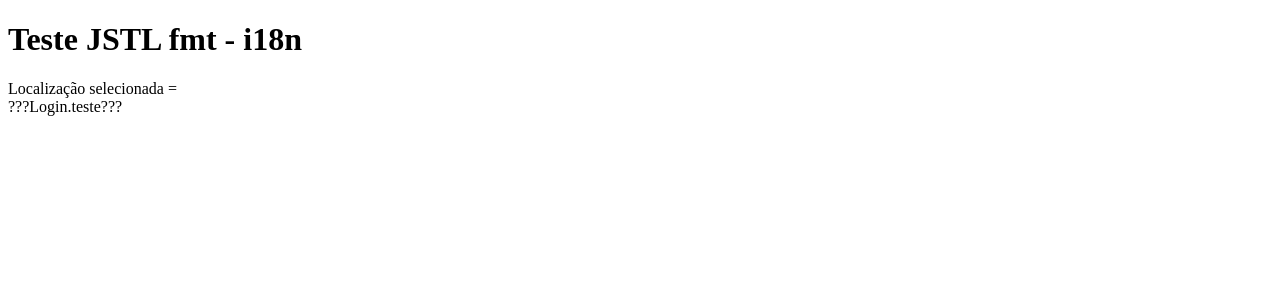
Repository: GabrielGGhost/EstudoJavaAW1-AW2
Page: http://localhost/estudos10/jsp/exemploI18N.jsp
These files come from the project's save history. The page is drawn as it stood at one moment and after the next save; the edit follows.
The browser window is 1280 px wide. The pictures show the whole page.
The page is served by Tomcat 9.

Above is the page before, as saved 2020-10-23 17:11:24.

### estudos10/WebContent/jsp/exemploI18N.jsp
<%@ page language="java" contentType="text/html; charset=ISO-8859-1"
    pageEncoding="ISO-8859-1"%>

<%@ taglib uri="http://java.sun.com/jsp/jstl/fmt" prefix="fmt" %>
<!DOCTYPE html PUBLIC "-//W3C//DTD HTML 4.01 Transitional//EN" "http://www.w3.org/TR/html4/loose.dtd">
<html>
<head>
<meta http-equiv="Content-Type" content="text/html; charset=ISO-8859-1">
<title>Teste de i18n com JSTL</title>
</head>
<body>
	<h1>Teste JSTL fmt - i18n</h1>
	Localização selecionada = ${param.language} <br/>
	<fmt:setLocale value="{param.language}"/>
		<fmt:bundle basename="com.estudo.bundles.${param.language}" prefix="Login.">
			<fmt:message key="teste"> </fmt:message>
		</fmt:bundle>
</body>
</html>

After the next save:
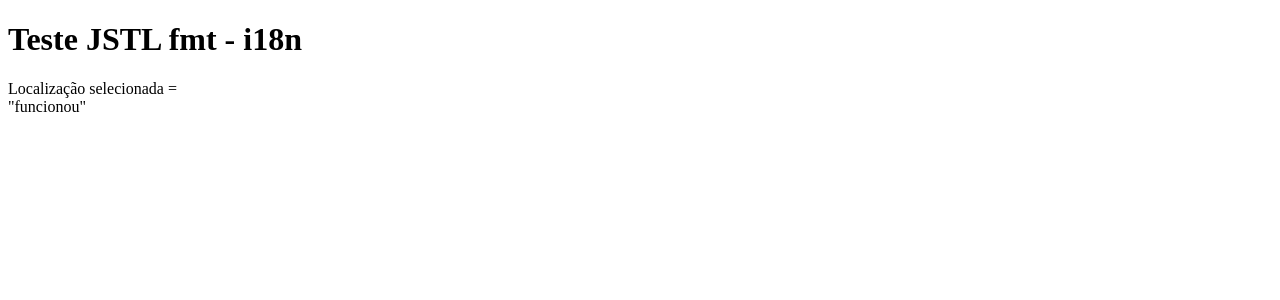
Saved 12 s later.
--- a/estudos10/WebContent/jsp/exemploI18N.jsp
+++ b/estudos10/WebContent/jsp/exemploI18N.jsp
@@ -12,7 +12,7 @@
 	<h1>Teste JSTL fmt - i18n</h1>
 	Localização selecionada = ${param.language} <br/>
 	<fmt:setLocale value="{param.language}"/>
-		<fmt:bundle basename="com.estudo.bundles.${param.language}" prefix="Login.">
+		<fmt:bundle basename="com.estudo.bundles.${param.language}" >
 			<fmt:message key="teste"> </fmt:message>
 		</fmt:bundle>
 </body>
